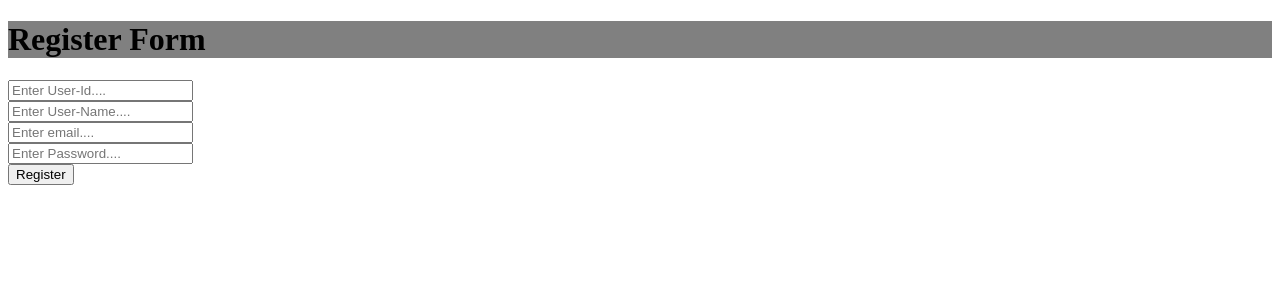
Repository: abhinavk718/servlet-project
Page: empwebapp/WebContent/register.html
The author's editor kept a copy of each file at every save. The page is drawn from the files as they stood at one save, then again after the next save.
The browser window is 1280 px wide. The pictures show the whole page.

Above is the page before, as saved 2019-11-15 08:31:30.

### empwebapp/WebContent/register.html
<!DOCTYPE html>
<html>
<head>
<meta charset="ISO-8859-1">
<title>Register here</title>
</head>
<body>
<form action="" class="col-md-4 offset-4 mt-5 mb-5 card card-body">
    <h1 class="text-center" style="background-color: gray;">Register Form</h1>
    <div class="formgroup">
        <input type="text" name="id"class="form-control mb-1" placeholder="Enter User-Id....">
    </div>
    <div class="formgroup">
        <input type="text" name="name"class="form-control mb-1" placeholder="Enter User-Name....">
    </div>
    <div class="formgroup">
        <input type="text" name="email"class="form-control mb-1" placeholder="Enter email....">
    </div>
    <div class="formgroup">
        <input type="password" name="password" class="form-control mb-1" placeholder="Enter Password....">
    </div>
    <div class="formgroup">
        <button type="submit" class="btn btn-primary float-right mb-1" >Register</button>
    </div>
</form>
</body>
</html>

After the next save:
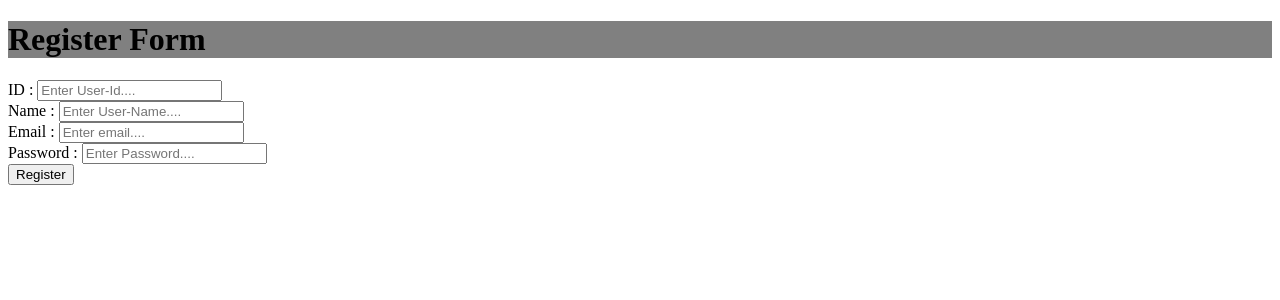
Saved 70 s later.
--- a/empwebapp/WebContent/register.html
+++ b/empwebapp/WebContent/register.html
@@ -8,16 +8,16 @@
 <form action="" class="col-md-4 offset-4 mt-5 mb-5 card card-body">
     <h1 class="text-center" style="background-color: gray;">Register Form</h1>
     <div class="formgroup">
-        <input type="text" name="id"class="form-control mb-1" placeholder="Enter User-Id....">
+       ID : <input type="text" name="id"class="form-control mb-1" placeholder="Enter User-Id....">
     </div>
     <div class="formgroup">
-        <input type="text" name="name"class="form-control mb-1" placeholder="Enter User-Name....">
+       Name : <input type="text" name="name"class="form-control mb-1" placeholder="Enter User-Name....">
     </div>
     <div class="formgroup">
-        <input type="text" name="email"class="form-control mb-1" placeholder="Enter email....">
+      Email :  <input type="text" name="email"class="form-control mb-1" placeholder="Enter email....">
     </div>
     <div class="formgroup">
-        <input type="password" name="password" class="form-control mb-1" placeholder="Enter Password....">
+       Password : <input type="password" name="password" class="form-control mb-1" placeholder="Enter Password....">
     </div>
     <div class="formgroup">
         <button type="submit" class="btn btn-primary float-right mb-1" >Register</button>
